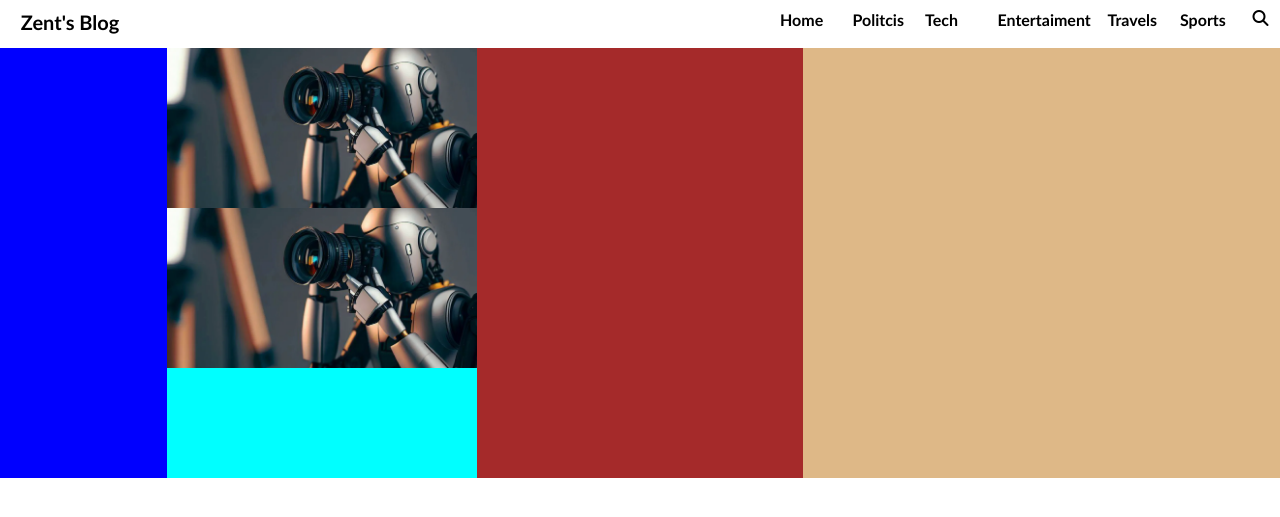
Repository: giacatdat2k5/html3
Page: html3.vs/7.1.html
An editor plug-in stored every save of this project. The page is shown before and after the next save, followed by the edit.
The browser window is 1280 px wide. The pictures show the whole page.

Above is the page before, as saved 2023-09-27 13:23:35.

### html3.vs/7.1.html
<!DOCTYPE html>
<html lang="en">
<head>
    <meta charset="UTF-8">
    <meta name="viewport" content="width=device-width, initial-scale=1.0">
    <title>7.2</title>
    <link rel="stylesheet" type="text/css" href="7.1.css">
    <link rel="stylesheet" href="https://cdnjs.cloudflare.com/ajax/libs/font-awesome/6.4.2/css/all.min.css"/>
</head>
<body>
    <div id="header">
        <div class="logo">Zent's Blog </div>
        <div class="menu">
            <div class="items">Home</div>
            <div class="items">Politcis</div>
            <div class="items">Tech</div>
            <div class="items">Entertaiment</div>
            <div class="items">Travels</div>
            <div class="items">Sports</div>
            <div class="search"><i class="fa-solid fa-magnifying-glass"></i></div>
        </div>
    </div>
    <div id="content">
        <div class="left">
            <div class="imageleft">
                <div class="iamge1"></div>
                <div class="iamge1"></div>
            </div>
        </div>
        <div class="center">
            <div class="imagecenter"></div>
        </div>
        <div class="right">
            <div class="iamgeright"></div>
        </div>
    </div>
</body>
</html>

### html3.vs/7.1.css
@media all and (min-width: 992px){
*{
    margin:0;
    padding: 0;
}
#header{
    width: 100%;
    height: 3em;
    display: flex;
    justify-content: space-between;
}
.logo{
    font-size: 20px;
    width: 120px;
    text-align: center;
    padding: 10px;
    font-weight: bold;
    font-family:'Trebuchet MS', 'Lucida Sans Unicode', 'Lucida Grande', 'Lucida Sans', Arial, sans-serif;

}
.menu{
    width: 510px;
    display: flex;
}
.items{
    width: 90px;
    padding: 10px;
    font-weight: bold;
    font-family:'Trebuchet MS', 'Lucida Sans Unicode', 'Lucida Grande', 'Lucida Sans', Arial, sans-serif;
}
.search{
    width: 30px;
    padding: 10px;
}
#content{
    width: 100%;
    height: 430px;
    background-color:whitesmoke;
    display: flex;
}
.left{
    width: 38%;
    height: 100%;
    background-color: blue;
    display: flex;
    flex-wrap: wrap;
    justify-content: right;
    align-items: center;
}
.center{
    width: 26%;
    height: 100%;
    background-color: brown;
}
.right{
    width: 38%;
    height: 100%;
    background-color:burlywood;
}
.imageleft{
    width: 65%;
    height: 100%;
    background-color: aqua;
}
.iamge1{
    background-image: url('anh1.webp');
    background-size: cover;
    width: 100%;
    height: 160px;
}
}

After the next save:
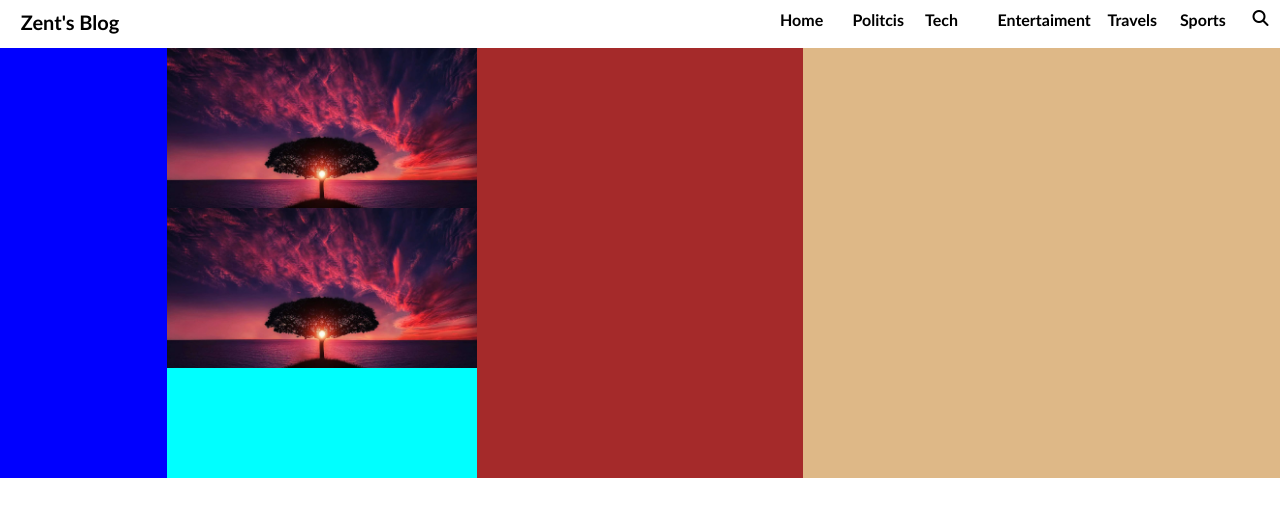
Saved 27 s later.
--- a/html3.vs/7.1.css
+++ b/html3.vs/7.1.css
@@ -68,4 +68,10 @@
     width: 100%;
     height: 160px;
 }
+.iamge1{
+    background-image: url('anh2.jpeg');
+    background-size: cover;
+    width: 100%;
+    height: 160px;
 }
+}

After the save that followed:
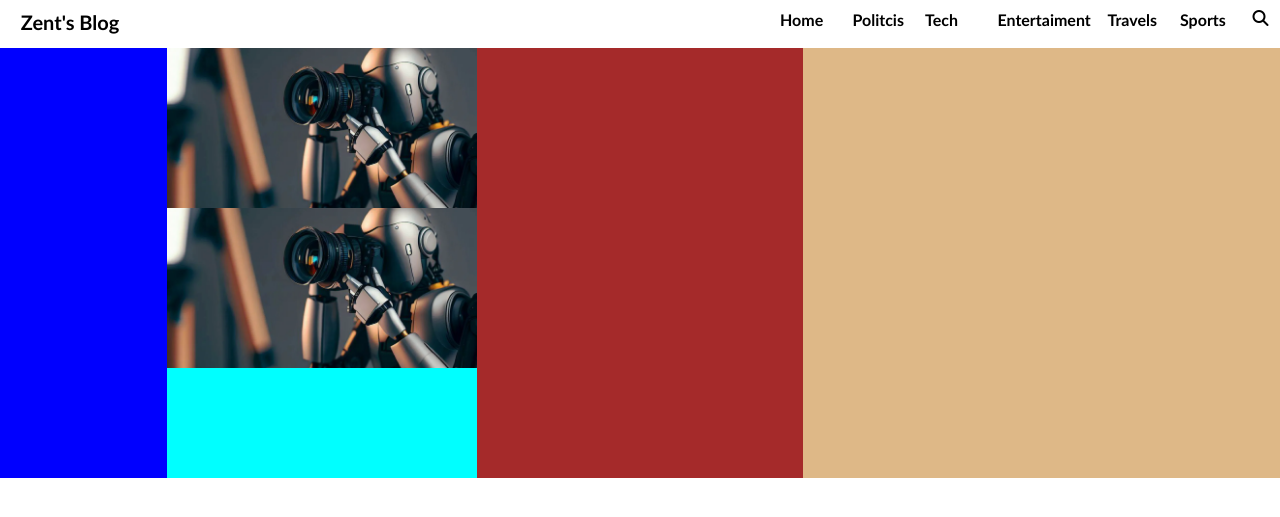
Saved 5 s later.
--- a/html3.vs/7.1.css
+++ b/html3.vs/7.1.css
@@ -68,7 +68,7 @@
     width: 100%;
     height: 160px;
 }
-.iamge1{
+.iamge2{
     background-image: url('anh2.jpeg');
     background-size: cover;
     width: 100%;
